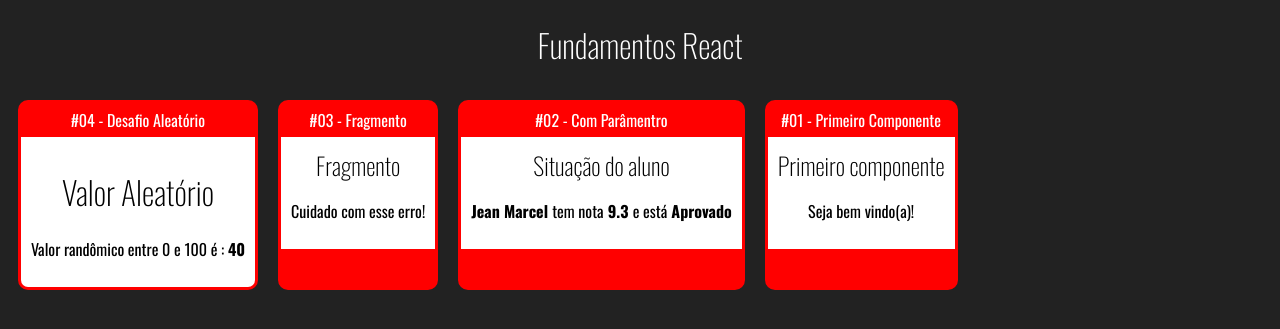
Repository: jean-siqueira/fundamentos-react
Page: /
These files come from the project's save history. The page is drawn as it stood at one moment and after a run of saves; the edit follows.
The browser window is 1280 px wide. The pictures show the whole page.
The project was rebuilt for these pictures with package versions that can differ from the ones it lists, and the page was loaded fresh each time.

Above is the page before, as saved 2023-03-04 12:21:08.

After the next 2 saves:
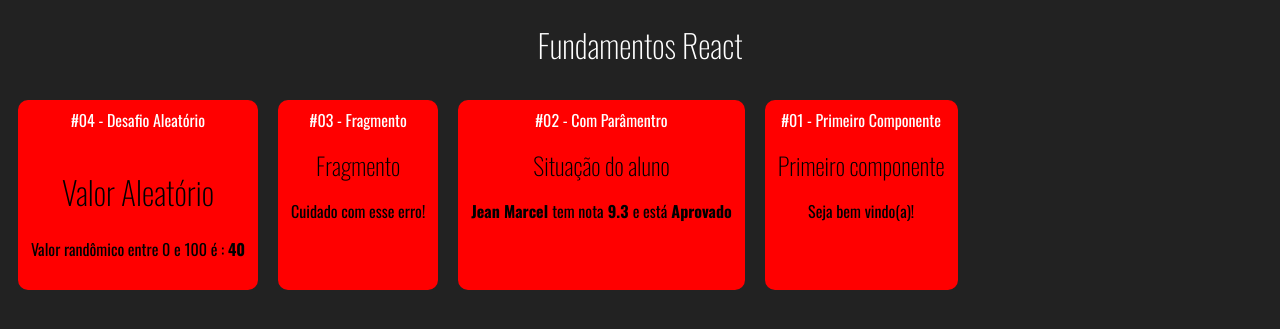
The 2 saves are shown as one change because they came seconds apart.
The last was saved 16 s later.
--- a/src/components/layout/Card.css
+++ b/src/components/layout/Card.css
@@ -16,6 +16,7 @@
 }
 
 .Card .Content {
+    fle
   background-color: #fff;
   color: #000;
   padding: 10px;
